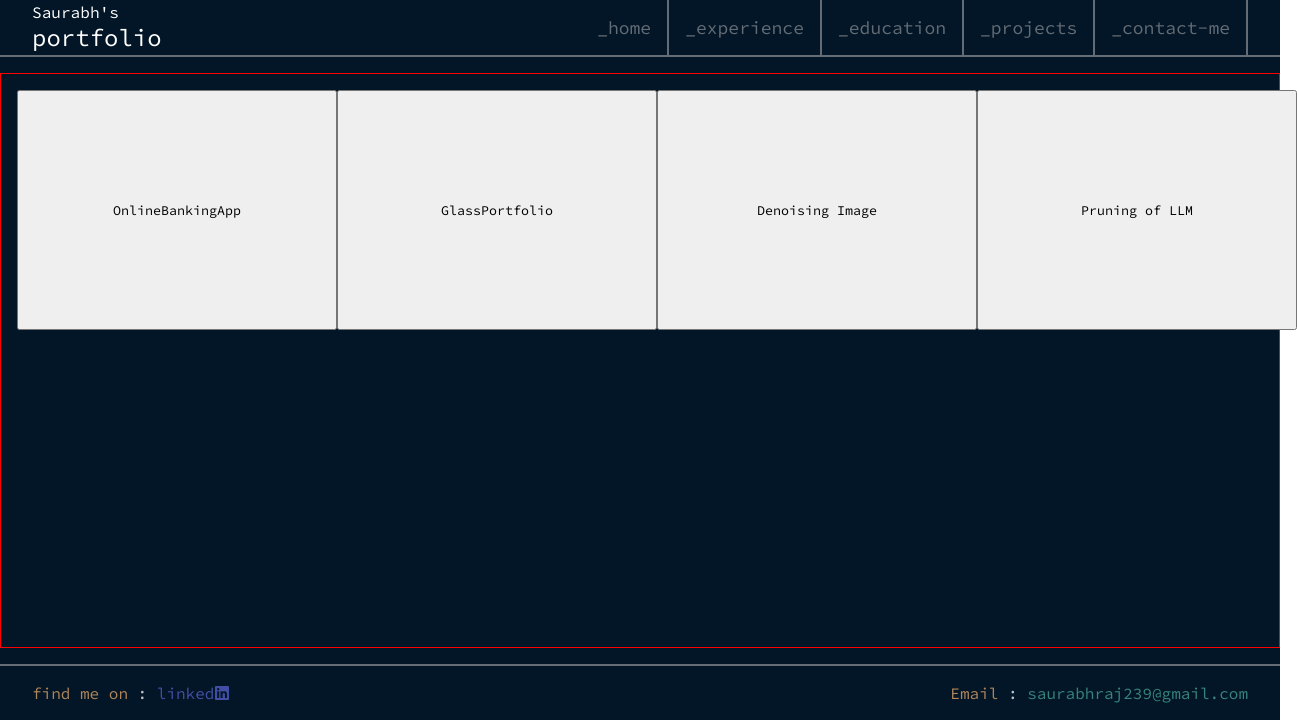
Repository: saurabhraj23/FrontendReactPortfolio
Page: /projects
The author's editor kept a copy of each file at every save. The page is drawn from the files as they stood at one save, then again after the next save.
The browser window is 1280 px wide. The page is 1297 px wide, then 1280 px, so the pictures cover 1297 px, including what lies to the right of the window. The pictures show the whole page.
The project was rebuilt for these pictures with package versions that can differ from the ones it lists, and the page was loaded fresh each time. Also part of the build but not shown: vite.config.js, src/components/Education.jsx, src/components/Experience.jsx, src/components/Contacts.jsx, src/styles/default-page.css, src/components/DefaultPage.jsx.

Above is the page before, as saved 2024-07-23 01:17:13.

### src/App.jsx
import React from "react";
import { BrowserRouter as Router, Route, Routes } from "react-router-dom";
import "./styles/App.css";
import Home from "./components/Home";
import Education from "./components/Education";
import Experience from "./components/Experience";
import Contacts from "./components/Contacts";
import Projects from "./components/Projects";
import Heading from "./components/Heading";
import Footer from "./components/Footer";
import DefaultPage from "./components/DefaultPage";

function App() {
  return (
    <div className="main">
      <Router>
        <Heading />
        <Routes>
          <Route path="/" element={<Home />}>
            <Route path="/" element={<DefaultPage />} />
            <Route path="/education" element={<Education />} />
            <Route path="/experience" element={<Experience />} />
            <Route path="/contacts" element={<Contacts />} />
            <Route path="/projects" element={<Projects />} />
          </Route>
        </Routes>
        <Footer />
      </Router>
    </div>
  );
}

export default App;

### src/styles/App.css
@import "./color.css";
@import "./experience.css";
@import "./education.css";
@import "./project.css";
@import "./header.css";
@import "./contact-me.css";
@import "./footer.css";
@import "./default-page.css";


*{
  margin:0;
  padding: 0;
  box-sizing: border-box;
  font-family: "Source Code Pro";
  font-weight: 400;
}

.main{
  background-color: var(--bg-color);
  color: var(--primary-white);
  height: 100vh;
  width: 100%;
  display: grid;
  grid-template-rows: 1fr 8fr 1fr;
  grid-template-columns: 4fr 3fr;
padding: 0;
}

### src/components/Home.jsx
import React from "react";
import { Outlet } from "react-router-dom";

function Home() {
  return (
    <>
      <Outlet />
    </>
  );
}

export default Home;

### src/components/Projects.jsx
import React from "react";
import "../styles/App.css";
import { Link } from "react-router-dom";

function Projects() {
  return (
    <>
      <div className="projects-left-side"></div>
      <div className="projects-right-side">
        <Link to={"https://github.com/saurabhraj23/OnlineBankingAppKPMG"}>
          <button className="project-item">
            <span> This project\</span>
            <span>OnlineBankingApp</span>
          </button>
        </Link>
        <Link to={"https://github.com/saurabhraj23/Glass-Portfolio"}>
          <button className="project-item">
            <span> This project\</span>
            <span>GlassPortfolio</span>
          </button>
        </Link>
        <Link to={"https://github.com/saurabhraj23/Denoising-Image"}>
          <button className="project-item">
            <span> This project\</span>
            <span>Denoising Image</span>
          </button>
        </Link>
        <Link to={"https://github.com/saurabhraj23/Pruning"}>
          <button className="project-item">
            <span> This project\</span>
            <span> Pruning of LLM</span>
          </button>
        </Link>
      </div>
    </>
  );
}

export default Projects;

### src/components/Heading.jsx
import React from "react";
import Navbar from "./Navbar";
function Heading() {
  return (
    <header className={"heading"}>
      <h2>
        <h6>Saurabh's</h6>
        portfolio
      </h2>
      <Navbar />
    </header>
  );
}

export default Heading;

### src/components/Footer.jsx
import React from "react";
import { Link } from "react-router-dom";
import { FaLinkedin } from "react-icons/fa";

function Footer() {
  return (
    <footer className="footer">
      <div>
        <span>find me on</span> <span>&nbsp;:</span>
        <Link to={"https://www.linkedin.com/in/saurabhraj239/"}>
          <span>
            &nbsp;linked
            <FaLinkedin />
          </span>
        </Link>
      </div>
      <div>
        <span>Email</span> <span> :</span>
        <span> saurabhraj239@gmail.com</span>
      </div>
    </footer>
  );
}

export default Footer;

### src/styles/color.css
@import url('https://fonts.googleapis.com/css2?family=Source+Code+Pro:ital,wght@0,200..900;1,200..900&display=swap');

:root {
--bg-color:#031627;
--primary-white:#fff;
--primary-dark:#d3d0d076;
--secondary-blue:#424ea6;
--tertiary-green:#37857e;
--tertiary-green-dark:#77E4C8;
--tertiary-brown-light:#D4BDAC;
--tertiary-orange:#b0855a;

}

### src/styles/experience.css
@import "./color.css";

.experience-left-side{
  display: none;
}
.experience-right-side{
  margin: 2rem;
  grid-column: 1/3;

}
.experience-right-side > div:first-child{
  display: flex;
  justify-content: space-between;
}
.experience-right-side>div:first-child>span:nth-child(2) span{
display: inline-block;
}
.experience-right-side>div:first-child>span:nth-child(2)>span:nth-child(2){
  animation: present 2s infinite alternate ease-in-out;

}

@keyframes present {
  from{

    opacity: 0;
  }
  to{

    opacity: 1;
  }
}

.experience-right-side>div:first-child>span:first-child{
  font-size: 1.4rem;
  color: var(--secondary-blue);
  font-weight: 600;
  margin-bottom: 3rem;
  text-decoration: underline;
}

.experience-right-side span{
  display: block;
}

.internship-details{
  display: flex;
  flex-direction: column;
}
.internship-details>span:first-child{
  font-size: 1.2rem;
  color: var(--tertiary-green);
  font-weight: 600;
  letter-spacing: 0.2rem;
  margin-bottom:1rem ;


}
.internship-details>span:nth-child(2){
  /* letter-spacing: 0.1rem; */
  color: var(--tertiary-brown-light);

}

.internship-details>span:nth-child(2)>span:first-child{
  font-size: 1.1rem;
  font-weight: 500;
  color: var(--tertiary-orange);

}


.internship-details>span:first-child span{
  display: inline-block;

}

.internship-details>span:nth-child(2)>span:first-child{
  letter-spacing: 0.2rem;
}

.internship-details>span:first-child>span:first-child{
  animation: arrowMove 1.6s infinite alternate ease-in-out;
  }

.fte-details{
  display: flex;
  flex-direction: column;
  margin-top: 2rem;

}
.fte-details>span:first-child{
  font-size: 1.2rem;
  color: var(--tertiary-green);
  font-weight: 600;
  letter-spacing: 0.2rem;
  margin-bottom: 1rem;

}

.fte-details>span:nth-child(2){
  color: var(--tertiary-brown-light);
}

.fte-details>span:nth-child(2)>span:nth-child(1)>span:first-child{
  color: var(--tertiary-orange);
  font-size: 1.1rem;
  font-weight: 500;
  }

.fte-details>span:nth-child(2)>span:nth-child(2)>span:first-child{
  letter-spacing: 0.2rem;
}
.fte-details>span:nth-child(2)>span:nth-child(1)>span:first-child{
  letter-spacing: 0.2rem;
}

.fte-details>span:nth-child(2)>span:nth-child(2){
  margin-top: 1rem;
}
.fte-details>span:nth-child(2)>span:nth-child(2)>span:first-child{
font-size: 1.1rem;
font-weight: 500;
color: var(--tertiary-orange);
}

.fte-details>span:first-child span{
  display: inline-block;
}

.fte-details>span:first-child>span:first-child{
animation: arrowMove 1.6s infinite alternate ease-in-out;
}

@keyframes arrowMove {
  from{
    transform: translateX(-0.6rem);
  }
  to{
    transform: translateX(0);
  }
}

.current-working  span{
  display: inline-block;
  animation: colorChange 2s infinite alternate ease-in-out ;

}

@keyframes colorChange {
  from{
color: var(--tertiary-brown-light);
  }

  to{
    color: var(--primary-white);

  }
}
.current-working{
  display: flex;
  flex-direction: row;
}

### src/styles/education.css
 @import "./color.css";

.education-left-side{
  display: none;
}
.education-right-side{
  margin: 2rem ;
  grid-column: 1/3;

}

.education-right-side{
  display: flex;
  flex-direction: column;
}

.degrees{
  display: flex;
  justify-content: space-between;
  margin-bottom: 2rem;
}

.degrees>span:first-child>h2{
  color: var(--tertiary-orange);
}
.degrees>span:first-child>h4{
  color: var(--tertiary-green);
}
.degrees>span:first-child>h5{
  color: var(--tertiary-brown-light);
  font-weight: 600;
}

.degrees>span:first-child>h3{
  display: flex;
  flex-direction: row;
}

.degrees>span:first-child>h3>span:nth-child(2){
  color: var(--tertiary-green-dark);
  animation: passed 2s infinite alternate ease-in-out;
}

@keyframes passed {
  from{
opacity: 0;
  }
  to{
opacity: 1;
  }
}
.degrees span:first-child {
  display: flex;
  flex-direction: column;
  gap: 0.6rem;
}
.degree-year{
  color: var(--tertiary-orange);
}

### src/styles/project.css
.projects-left-side{
  border: 1px solid red;
  display: none;
}
.projects-right-side{
  border: 1px solid red;
  grid-column: 1/3;
  display: flex;
  justify-content: space-between;
  padding: 1rem;
}

.project-item{
width: 20rem;
height: 15rem;
transition: all 4s;
position: relative;
}
.project-item span{
  display: inline-block;
}
.project-item:hover{
  cursor: pointer;
  font-size: 1.4rem;
}
.project-item>span:nth-child(1){
  display: none;
}
.project-item>span:nth-child(2):hover{
  position: absolute;
}

### src/styles/header.css
.heading{
  grid-column: 1/3;
  display: flex;
  justify-content: space-between;
  align-items: center;
  border-bottom: 0.16rem solid var(--primary-dark);
  padding:0 2rem;
  margin-bottom: 1rem;
  }

  nav button{
    padding: 1rem;
    background-color: transparent;
    cursor: pointer;
    font-size: large;
    color: var(--primary-dark);
    border: none;
    border-right: 0.16rem solid var(--primary-dark);
  }

  nav button:hover{
    color: var(--primary-white);
    box-shadow: inset 0 -0.16rem 0 0 var(--tertiary-green);

  }

  .active{
    /* box-shadow: inset 0 -0.16rem 0 0 var(--tertiary-green); */
    color: var(--tertiary-green);
  }

### src/styles/contact-me.css
@import "../styles/color.css";

.contact-me-left-side{
  display: none;
}

.contact-me-right-side{
  grid-column: 1/3;
  display: grid;
  grid-template-columns: 2fr 1.1fr;
padding:  0 2rem;
}

.contact-me-left{
  /* border: 1px solid green; */
  padding: 1rem 2rem;
display: flex;
flex-direction: column;
gap: 0.7rem;

}

.contact-me-right{
  background-color: var(--primary-white);
  border-radius: 3%;
  padding: 1rem 2rem;
  color: var(--tertiary-green);
}

.image{
display: flex;
flex-direction: column;
align-items: center;
justify-content: center;
position: relative;
}

.image>img{
  width: 40%;
  object-fit: contain;
  border-radius: 50%;
  position: relative;
  z-index: 10;
}

.contact-me-left>span:first-child {
  font-size: 2.2rem;
  letter-spacing: 0.4rem;
  font-weight: 500;
}
.contact-me-left>span:first-child span{
  font-size: 2rem;
  letter-spacing: 0.4rem;
  color: var(--tertiary-green-dark);
  font-weight: 500;

}

.contact-me-left span{
  font-size: 1rem;
}
.contact-me-left a{
  text-decoration: none;
}
.contact-me-left a:visited{
color: var(--primary-white);
}

.circle{
  /* border: 1px solid red; */
  width: 44%;
  padding-top: 44%;
  border-radius: 50%;
  position: absolute;
  background-color: var(--tertiary-green);
  /* transform: translateX(-4rem); */
  z-index: 8;
  animation: round 4s infinite alternate ease-in-out;
}

@keyframes round {
  from{
background-color: val(--bg-color);
transform: scale(0);
  }
  50%{
    background-color: val(--secondary-blue);
    transform: scale(0.9);
  }
  to{
    background-color: val(--tertiary-green);
    transform: scale(1);
  }
}

.contact-details>span:first-child{
color: var(--tertiary-green-dark);
}

form{
display: flex;
flex-direction: column;
font-size: larger;
letter-spacing: 0.1rem;


}
.contact-me-form-heading{
text-align: center;
font-size: 2rem;
  width: 100%;

padding: 0.6rem;
border-radius: 0.4rem;
letter-spacing: 0.2rem;
box-shadow: 0 0.12rem 0 0.2rem var(--tertiary-green);

}


.contact-me-form-heading>span{

}

.fields{
  display: flex;
  flex-direction: column;
  margin-top: 1.8rem;

}

.fields>input{
  height: 2rem;
  border: none;
  outline: none;
  border-bottom: 0.16rem solid var(--primary-dark);
  font-size: 1rem;
  box-sizing:border-box;
  padding: 0.6rem;
  letter-spacing: 0.1rem;


}

.fields>input:focus{
border-bottom: 0.2rem solid var(--tertiary-green);

}

form div:nth-of-type(5)>textarea{
/* height: 8rem; */
outline: 0.12rem solid var(--primary-dark);
border-radius: 0.4rem;
padding-left: 1rem;
margin-top: 1rem;
padding: 0;
border: none;
border-bottom: 0.16rem solid var(--primary-dark);
font-size: 1rem;
resize: none;
box-sizing: border-box;
padding:0.6rem ;
}

.fields>textarea:focus{
  /* border-bottom: 0.2rem solid var(--tertiary-green); */
  box-shadow: 0 0.2rem 0 0 var(--tertiary-green)

  }

form> button{
font-size: large;
padding: 0.6rem 0.6rem;
border-radius: 2rem;
border: none;
cursor: pointer;
color: var(--primary-white);
background-color: var(--tertiary-green);
margin-top: 1rem;
}

.radio{
  display: flex;
  flex-direction: row;
  justify-content: space-evenly;
padding-top: 2rem;
}

.radio>span>label{
margin-left: 1rem;
/* font-size: larger; */
}

.radio>span>input{
  scale: 1.2;
  }

### src/styles/footer.css
.footer{
  grid-column: 1/3;
  display: flex;
  flex-direction: row;
  justify-content: space-between;
  align-items: center;
  padding: 0 2rem;
  border-top: 0.16rem solid var(--primary-dark);
margin-top: 1rem;
}

.footer > div:first-child{
  display: flex;
  align-items: center;
  justify-content: center;
}

.footer > div:first-child > span:first-child{
  color: var(--tertiary-orange);
}
.footer > div:first-child > a>span{
  color: var(--secondary-blue);
  display: flex;
  align-items: center;
  justify-content: center;
}

.footer > div:nth-of-type(2) > span:nth-of-type(1){
  color: var(--tertiary-orange);
}
.footer > div:nth-of-type(2) > span:nth-of-type(3){
  color: var(--tertiary-green);
}

.footer>div:first-child >a{
text-decoration: none;
color: var(--secondary-blue);
}

.footer>div:first-child span:nth-child(2){
  animation: blink 2s infinite alternate linear;
}
.footer>div:last-child span:nth-child(2){
  animation: blink 2s infinite alternate linear;
  color: white;
}

@keyframes blink {
  from{
    opacity: 0;
  }
  to{
    opacity: 1;
  }
}

### src/components/Navbar.jsx
import React, { useRef, useState } from "react";
import { Link } from "react-router-dom";

function Navbar() {
  const navBar = [
    { path: "/", label: "_home" },
    { path: "/experience", label: "_experience" },
    { path: "/education", label: "_education" },
    { path: "/projects", label: "_projects" },
    { path: "/contacts", label: "_contact-me" },
  ];

  const [activeIndex, setActiveIndex] = useState(false);

  return (
    <nav>
      {navBar.map((element, idx) => (
        <Link key={idx} to={element.path}>
          <button
            className={activeIndex === idx ? "active" : ""}
            onClick={() => {
              setActiveIndex(idx);
            }}
          >
            {element.label}
          </button>
        </Link>
      ))}
    </nav>
  );
}

export default Navbar;

Loaded but not shown: index.html (common file); src/main.jsx (common file); src/index.css (no stored copy; drawn as an empty file)

After the next save:
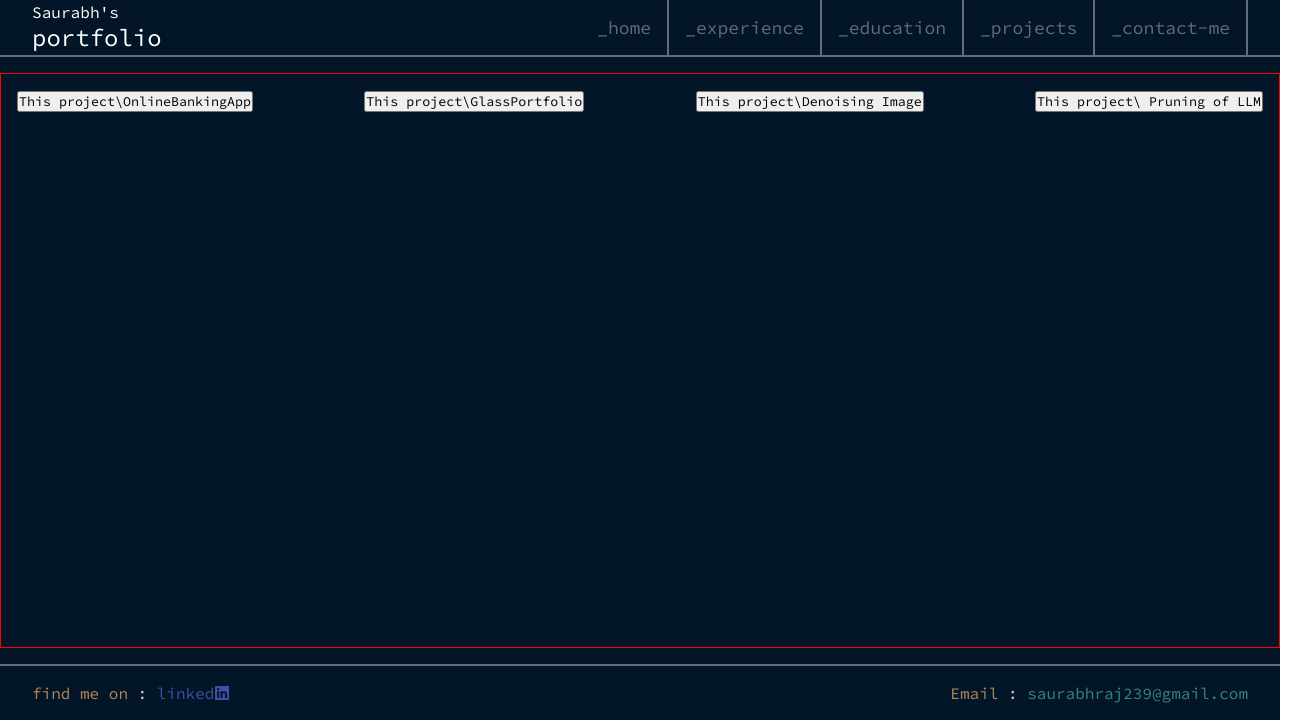
Saved 24 s later.
--- a/src/styles/project.css
+++ b/src/styles/project.css
@@ -9,23 +9,3 @@
   justify-content: space-between;
   padding: 1rem;
 }
-
-.project-item{
-width: 20rem;
-height: 15rem;
-transition: all 4s;
-position: relative;
-}
-.project-item span{
-  display: inline-block;
-}
-.project-item:hover{
-  cursor: pointer;
-  font-size: 1.4rem;
-}
-.project-item>span:nth-child(1){
-  display: none;
-}
-.project-item>span:nth-child(2):hover{
-  position: absolute;
-}
